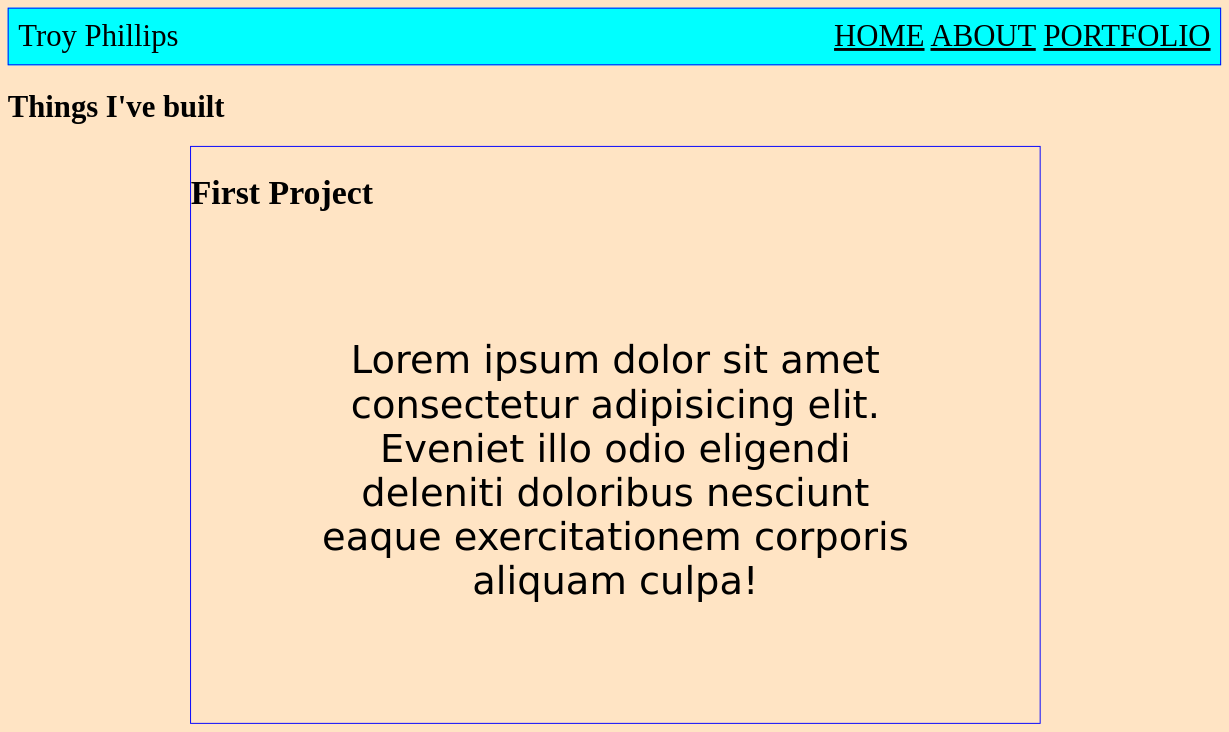
Repository: TheTroyPhillips/Personal-website
Page: portfolio.html
An editor plug-in stored every save of this project. The page is shown before and after a run of saves, followed by the edit.
The browser window is 1280 px wide. The pictures show the whole page, at 96% of full size.

Above is the page before, as saved 2023-09-10 22:35:22.

After the next 2 saves:
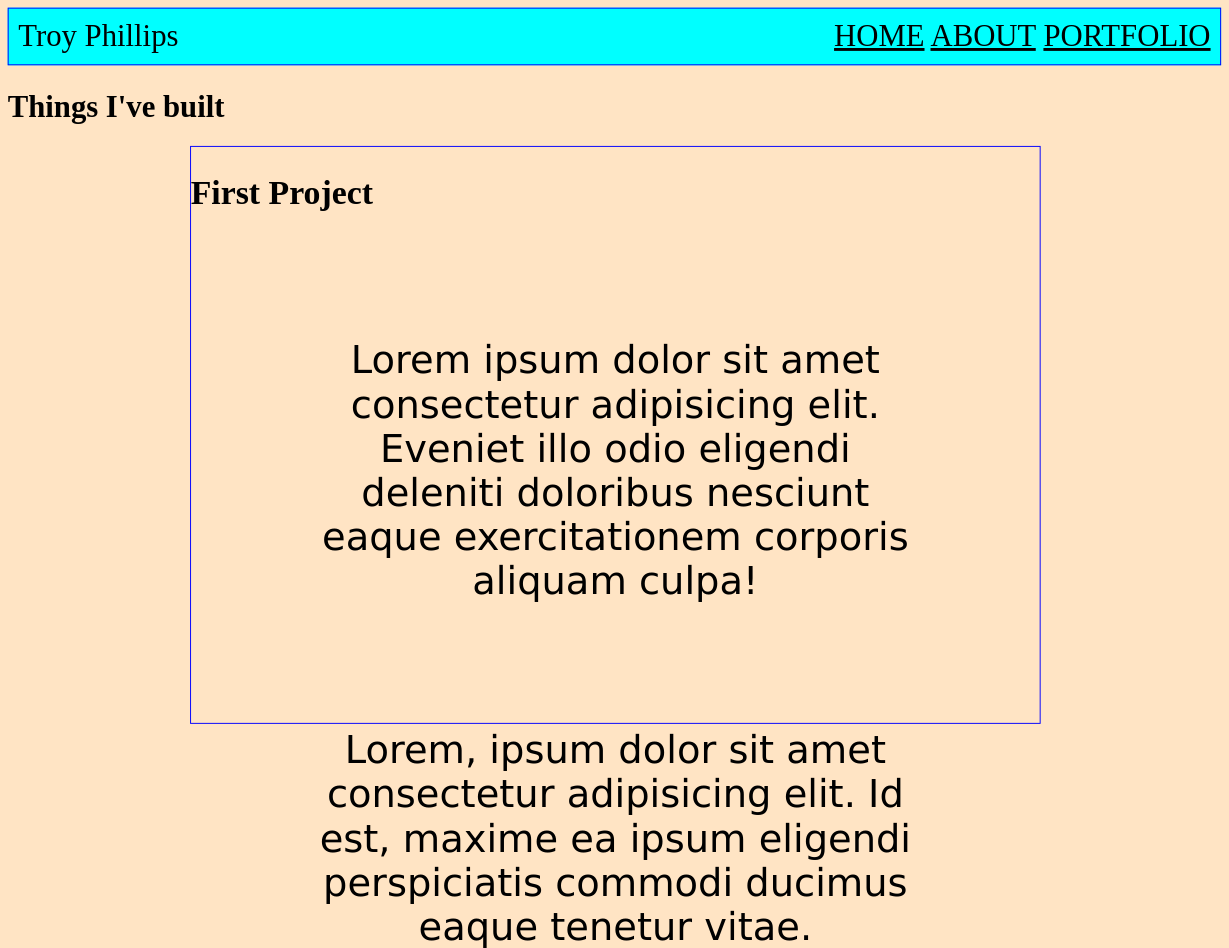
The 2 saves are shown as one change because they came seconds apart.
The last was saved 7 s later.
--- a/portfolio.html
+++ b/portfolio.html
@@ -21,5 +21,6 @@
             <h2 class="two">First Project</h2>
             <p>Lorem ipsum dolor sit amet consectetur adipisicing elit. Eveniet illo odio eligendi deleniti doloribus
                  nesciunt eaque exercitationem corporis aliquam culpa!</p>
-            <p></p>
+            <p>Lorem, ipsum dolor sit amet consectetur adipisicing elit. Id est, maxime ea ipsum eligendi perspiciatis
+                 commodi ducimus eaque tenetur vitae.</p>
         </div>
